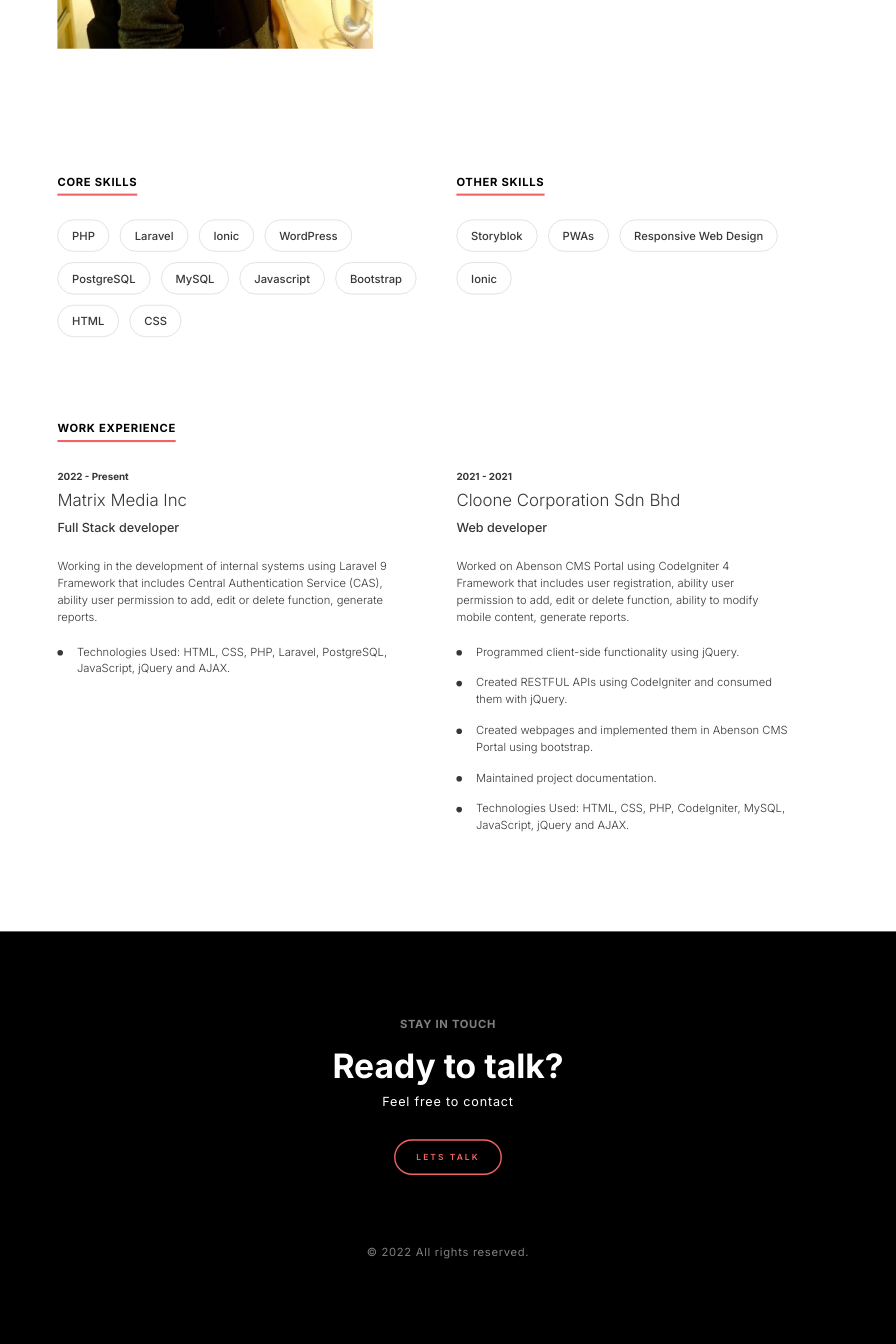
Repository: ikram749/ikram749.github.io
Page: index.html
An editor plug-in stored every save of this project. The page is shown before and after the next save, followed by the edit.
The browser window is 1280 px wide. The pictures show the part of the page from y = 711 to 2631 px (the page is 2631 px tall), at 70% of full size.

Above is the page before, as saved 2022-04-20 20:55:39.

After the next save:
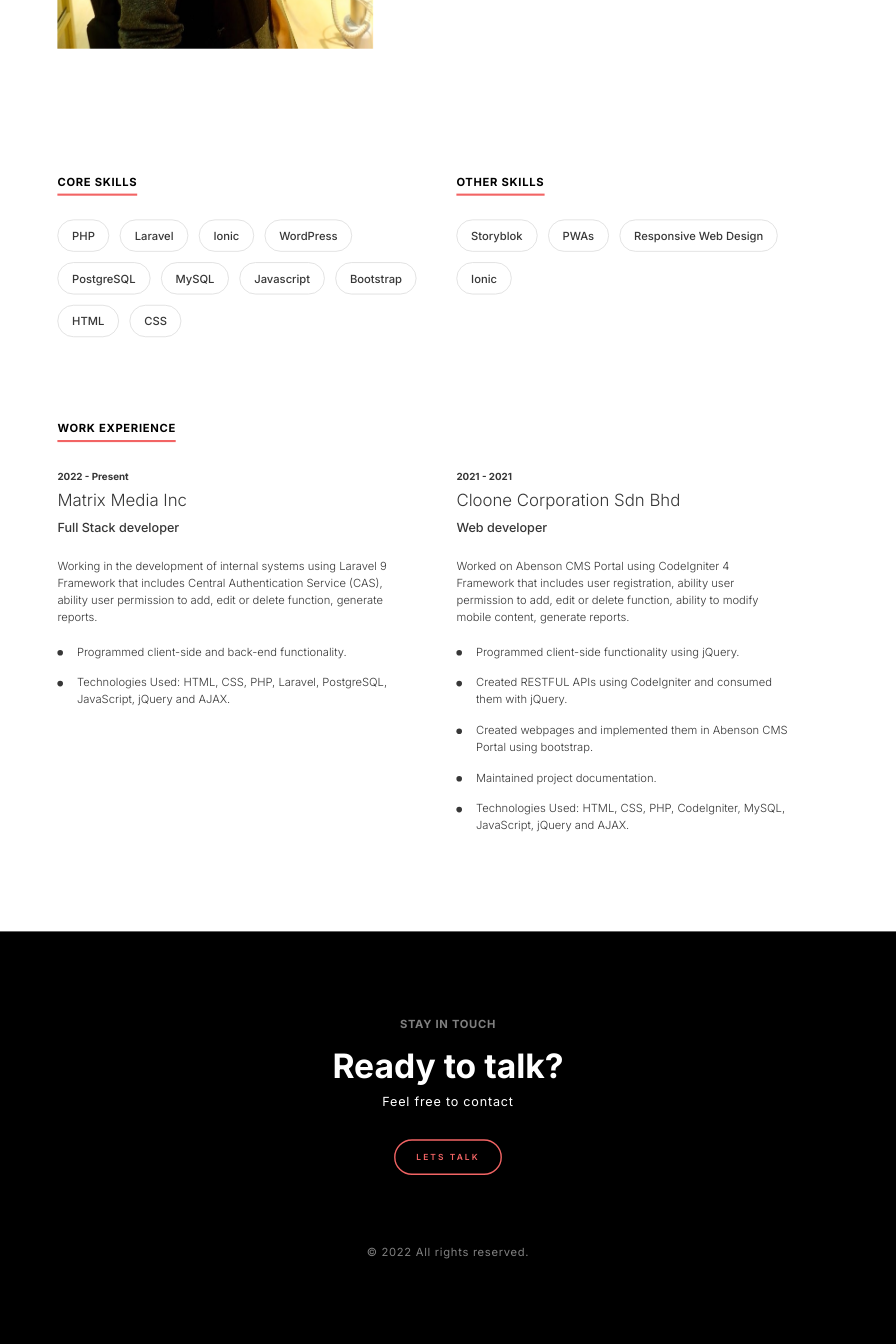
Saved 3 min 46 s later.
--- a/index.html
+++ b/index.html
@@ -138,6 +138,7 @@
                 <span class="ds-department">Full Stack developer</span>
                 <p>Working in the development of internal systems using Laravel 9 Framework that includes Central Authentication Service (CAS), ability user permission to add, edit or delete function, generate reports.</p>
                 <ul>
+                  <li>Programmed client-side and back-end functionality.</li>
                   <li>Technologies Used: HTML, CSS, PHP, Laravel, PostgreSQL, JavaScript, jQuery and AJAX.</li>
                 </ul>
               </section>
